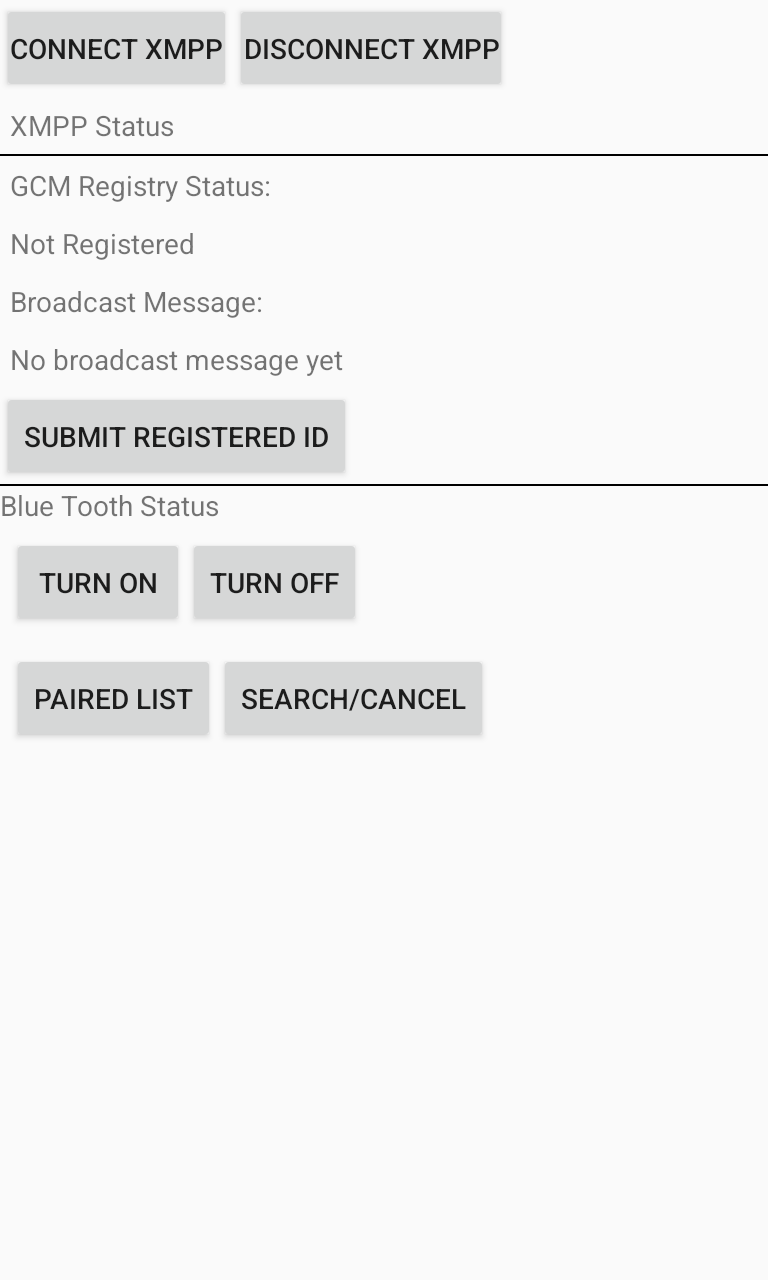
Repository: AlanTai/prjAppIntegration
Layout: prjCandyHouse/res/layout/activity_main.xml
These files come from the project's save history. The layout is drawn as it stood at one moment and after the next save; the edit follows.
It is drawn on a 768 x 1280 px phone screen (xhdpi) without system bars, with theme AppTheme; the app's code is not run. Lists and similar views that code fills are empty.

Above is the layout before, as saved 2014-11-12 04:24:49.

### prjCandyHouse/res/layout/activity_main.xml
<LinearLayout
    xmlns:android="http://schemas.android.com/apk/res/android"
    xmlns:tools="http://schemas.android.com/tools"
    android:layout_width="match_parent"
    android:layout_height="match_parent"
    android:orientation="vertical">

    <LinearLayout
        android:layout_width="wrap_content"
        android:layout_height="wrap_content"
        android:orientation="horizontal">


    <Button
        android:id="@+id/btnConnectXMPP"
        android:layout_width="wrap_content"
        android:layout_height="wrap_content"
        android:padding="5dp"
        android:text="@string/btnConnectXMPP"/>

    <Button
        android:id="@+id/btnDisconnectXMPP"
        android:layout_width="wrap_content"
        android:layout_height="wrap_content"
        android:padding="5dp"
        android:text="@string/btnDisconnectXMPP"/>

    </LinearLayout>

    <TextView
        android:id="@+id/txtXMPPStatus"
        android:layout_width="wrap_content"
        android:layout_height="wrap_content"
        android:padding="5dp"
        android:text="@string/txtXMPPStatus"/>

    <TextView
        android:layout_height="1dp"
        android:layout_width="match_parent"
        android:background="#000"
        android:padding="2dp"/>

    <TextView
        android:id="@+id/tvRegStatus"
        android:layout_width="match_parent"
        android:layout_height="wrap_content"
        android:padding="5dp"
        android:text="@string/registryStatus" />

    <TextView
        android:id="@+id/tvRegStatusResult"
        android:layout_width="match_parent"
        android:layout_height="wrap_content"
        android:padding="5dp"
        android:text="@string/registryStatusResult"/>

    <TextView
        android:id="@+id/tvMessageLabel"
        android:layout_width="match_parent"
        android:layout_height="wrap_content"
        android:padding="5dp"
        android:text="@string/broadcastLabel"/>

    <TextView
        android:id="@+id/tvMessage"
        android:layout_width="match_parent"
        android:layout_height="wrap_content"
        android:padding="5dp"
        android:text="@string/broadcastResult"/>

    <Button
        android:id="@+id/btnSubmitRegId"
        android:layout_width="wrap_content"
        android:layout_height="wrap_content"
        android:text="@string/btnSubmitRegId"/>

    <TextView
        android:layout_height="1dp"
        android:layout_width="match_parent"
        android:background="#000"
        android:padding="2dp"/>

    <TextView
        android:id="@+id/txtBluetoothStatus"
        android:layout_height="wrap_content"
        android:layout_width="wrap_content"
        android:text="@string/txtBluetoothStatus"/>

    <LinearLayout
        android:layout_width="match_parent"
        android:layout_height="wrap_content"
        android:orientation="horizontal"
        android:padding="5dp">

        <Button
            android:id="@+id/btnTurnOn"
            android:layout_width="wrap_content"
            android:layout_height="wrap_content"
            android:text="@string/btnTurnOn"/>

        <Button
            android:id="@+id/btnTurnOff"
            android:layout_width="wrap_content"
            android:layout_height="wrap_content"
            android:text="@string/btnTurnOff"/>

    </LinearLayout>

    <LinearLayout
        android:layout_width="match_parent"
        android:layout_height="wrap_content"
        android:orientation="horizontal"
        android:padding="5dp">

        <Button
            android:id="@+id/btnPaired"
            android:layout_width="wrap_content"
            android:layout_height="wrap_content"
            android:text="@string/pairedList"/>

        <Button
            android:id="@+id/btnSearchCancel"
            android:layout_width="wrap_content"
            android:layout_height="wrap_content"
            android:text="@string/findDevices"/>

    </LinearLayout>

        <ListView
            android:id="@+id/listView"
            android:layout_width="fill_parent"
            android:layout_height="wrap_content"></ListView>

</LinearLayout>

### prjCandyHouse/res/values/strings.xml
<?xml version="1.0" encoding="utf-8"?>
<resources>

    <string name="app_name">appCandyHouse</string>
    <string name="hello_world">Hello world!</string>
    <string name="action_settings">Settings</string>

    <string name="btnConnectXMPP">Connect XMPP</string>
    <string name="btnDisconnectXMPP">Disconnect XMPP</string>
    <string name="txtXMPPStatus">XMPP Status</string>

    <string name="registryStatus">GCM Registry Status:</string>
    <string name="registryStatusResult">Not Registered</string>
    <string name="broadcastLabel">Broadcast Message:</string>
    <string name="broadcastResult">No broadcast message yet</string>
    <string name="btnSubmitRegId">Submit Registered ID</string>

    <string name="txtBluetoothStatus">Blue Tooth Status</string>
    <string name="btnTurnOn">Turn On</string>
    <string name="btnTurnOff">Turn Off</string>
    <string name="pairedList">Paired List</string>
    <string name="findDevices">Search/Cancel</string>

</resources>

Loaded but not shown: prjCandyHouse/res/values/styles.xml (common file); prjCandyHouse/res/values-v11/styles.xml (common file); prjCandyHouse/res/values-v14/styles.xml (common file)

After the next save:
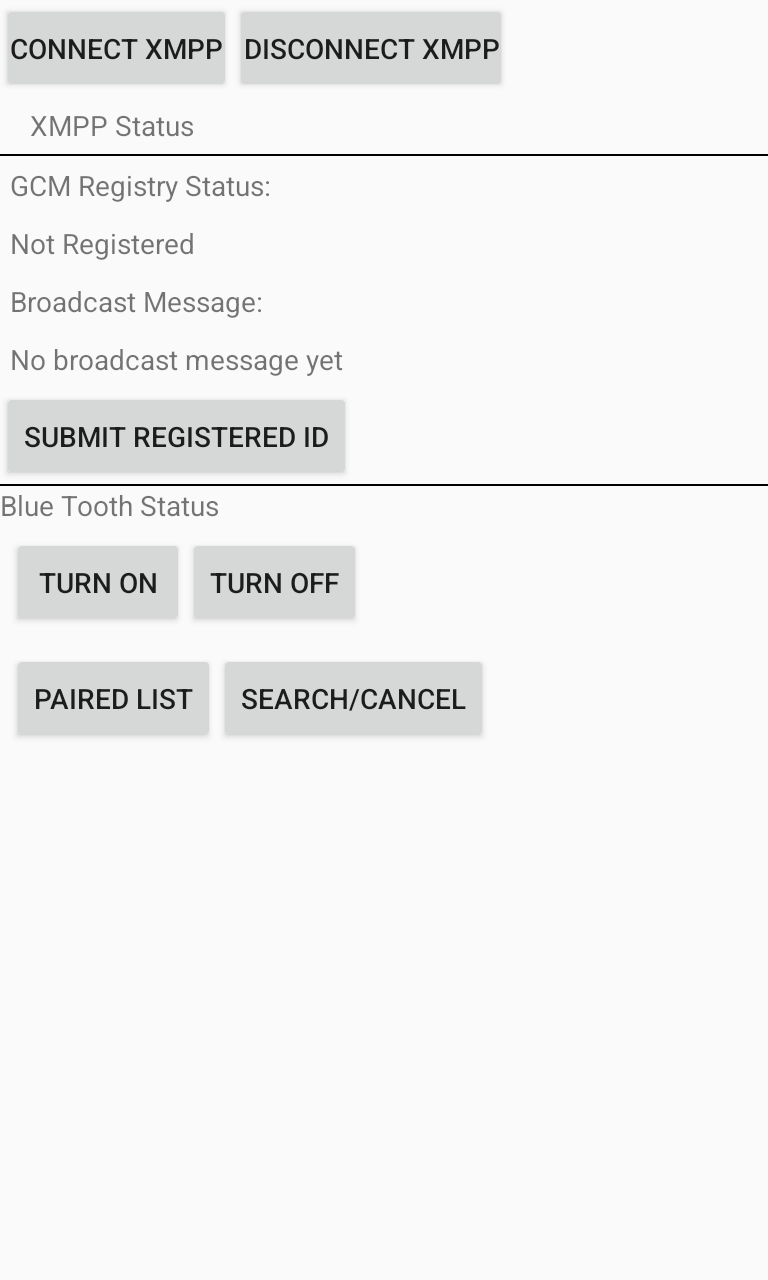
Saved 4 min 36 s later.
--- a/prjCandyHouse/res/layout/activity_main.xml
+++ b/prjCandyHouse/res/layout/activity_main.xml
@@ -1,44 +1,51 @@
-<LinearLayout
-    xmlns:android="http://schemas.android.com/apk/res/android"
+<LinearLayout xmlns:android="http://schemas.android.com/apk/res/android"
     xmlns:tools="http://schemas.android.com/tools"
     android:layout_width="match_parent"
     android:layout_height="match_parent"
-    android:orientation="vertical">
+    android:orientation="vertical" >
 
     <LinearLayout
         android:layout_width="wrap_content"
         android:layout_height="wrap_content"
-        android:orientation="horizontal">
+        android:orientation="horizontal" >
 
+        <Button
+            android:id="@+id/btnConnectXMPP"
+            android:layout_width="wrap_content"
+            android:layout_height="wrap_content"
+            android:padding="5dp"
+            android:text="@string/btnConnectXMPP" />
 
-    <Button
-        android:id="@+id/btnConnectXMPP"
+        <Button
+            android:id="@+id/btnDisconnectXMPP"
+            android:layout_width="wrap_content"
+            android:layout_height="wrap_content"
+            android:padding="5dp"
+            android:text="@string/btnDisconnectXMPP" />
+    </LinearLayout>
+
+    <LinearLayout
         android:layout_width="wrap_content"
         android:layout_height="wrap_content"
-        android:padding="5dp"
-        android:text="@string/btnConnectXMPP"/>
+        android:orientation="horizontal" >
 
-    <Button
-        android:id="@+id/btnDisconnectXMPP"
-        android:layout_width="wrap_content"
-        android:layout_height="wrap_content"
-        android:padding="5dp"
-        android:text="@string/btnDisconnectXMPP"/>
-
+        <TextView
+            android:layout_width="wrap_content"
+            android:layout_height="wrap_content"
+            android:padding="5dp"/>
+        <TextView
+            android:id="@+id/txtXMPPStatus"
+            android:layout_width="wrap_content"
+            android:layout_height="wrap_content"
+            android:padding="5dp"
+            android:text="@string/txtXMPPStatus" />
     </LinearLayout>
 
     <TextView
-        android:id="@+id/txtXMPPStatus"
-        android:layout_width="wrap_content"
-        android:layout_height="wrap_content"
-        android:padding="5dp"
-        android:text="@string/txtXMPPStatus"/>
-
-    <TextView
+        android:layout_width="match_parent"
         android:layout_height="1dp"
-        android:layout_width="match_parent"
         android:background="#000"
-        android:padding="2dp"/>
+        android:padding="2dp" />
 
     <TextView
         android:id="@+id/tvRegStatus"
@@ -52,83 +59,82 @@
         android:layout_width="match_parent"
         android:layout_height="wrap_content"
         android:padding="5dp"
-        android:text="@string/registryStatusResult"/>
+        android:text="@string/registryStatusResult" />
 
     <TextView
         android:id="@+id/tvMessageLabel"
         android:layout_width="match_parent"
         android:layout_height="wrap_content"
         android:padding="5dp"
-        android:text="@string/broadcastLabel"/>
+        android:text="@string/broadcastLabel" />
 
     <TextView
         android:id="@+id/tvMessage"
         android:layout_width="match_parent"
         android:layout_height="wrap_content"
         android:padding="5dp"
-        android:text="@string/broadcastResult"/>
+        android:text="@string/broadcastResult" />
 
     <Button
         android:id="@+id/btnSubmitRegId"
         android:layout_width="wrap_content"
         android:layout_height="wrap_content"
-        android:text="@string/btnSubmitRegId"/>
+        android:text="@string/btnSubmitRegId" />
 
     <TextView
+        android:layout_width="match_parent"
         android:layout_height="1dp"
-        android:layout_width="match_parent"
         android:background="#000"
-        android:padding="2dp"/>
+        android:padding="2dp" />
 
     <TextView
         android:id="@+id/txtBluetoothStatus"
+        android:layout_width="wrap_content"
         android:layout_height="wrap_content"
-        android:layout_width="wrap_content"
-        android:text="@string/txtBluetoothStatus"/>
+        android:text="@string/txtBluetoothStatus" />
 
     <LinearLayout
         android:layout_width="match_parent"
         android:layout_height="wrap_content"
         android:orientation="horizontal"
-        android:padding="5dp">
+        android:padding="5dp" >
 
         <Button
             android:id="@+id/btnTurnOn"
             android:layout_width="wrap_content"
             android:layout_height="wrap_content"
-            android:text="@string/btnTurnOn"/>
+            android:text="@string/btnTurnOn" />
 
         <Button
             android:id="@+id/btnTurnOff"
             android:layout_width="wrap_content"
             android:layout_height="wrap_content"
-            android:text="@string/btnTurnOff"/>
-
+            android:text="@string/btnTurnOff" />
     </LinearLayout>
 
     <LinearLayout
         android:layout_width="match_parent"
         android:layout_height="wrap_content"
         android:orientation="horizontal"
-        android:padding="5dp">
+        android:padding="5dp" >
 
         <Button
             android:id="@+id/btnPaired"
             android:layout_width="wrap_content"
             android:layout_height="wrap_content"
-            android:text="@string/pairedList"/>
+            android:text="@string/pairedList" />
 
         <Button
             android:id="@+id/btnSearchCancel"
             android:layout_width="wrap_content"
             android:layout_height="wrap_content"
-            android:text="@string/findDevices"/>
-
+            android:text="@string/findDevices" />
     </LinearLayout>
 
-        <ListView
-            android:id="@+id/listView"
-            android:layout_width="fill_parent"
-            android:layout_height="wrap_content"></ListView>
+    <ListView
+        android:id="@+id/listView"
+        android:layout_width="fill_parent"
+        android:layout_height="wrap_content" >
+    </ListView>
 
 </LinearLayout>
